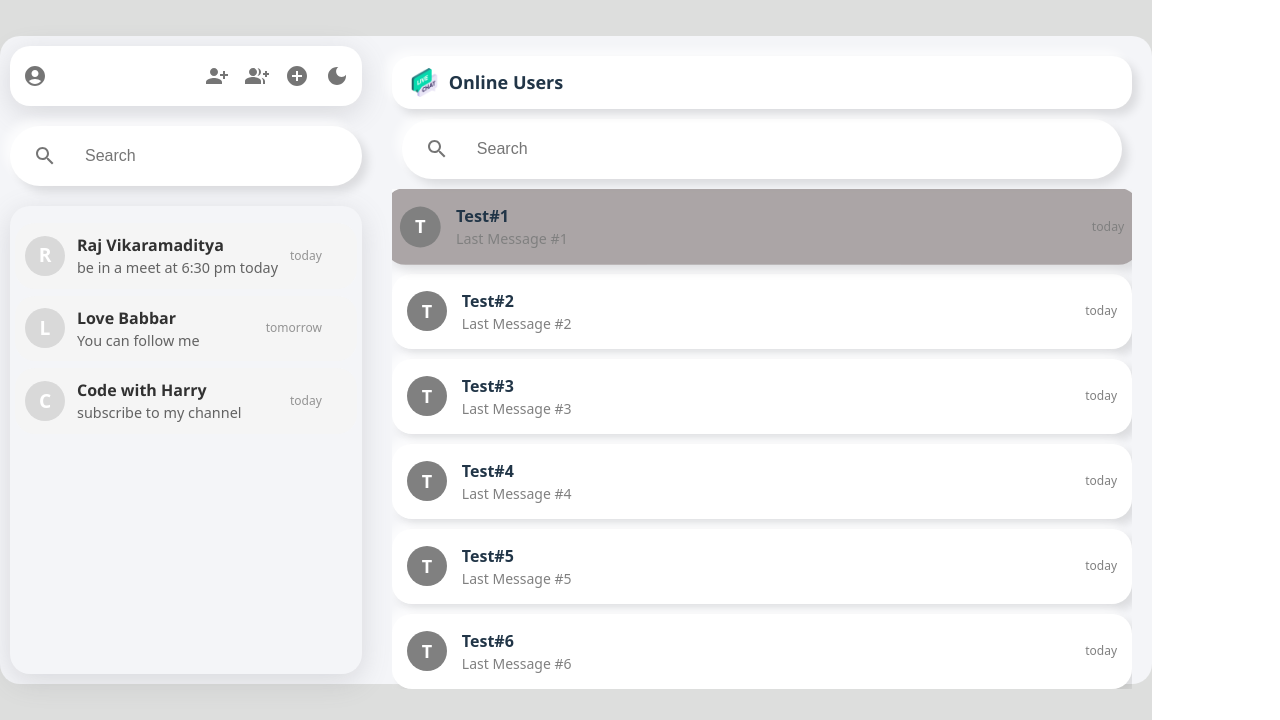
Repository: rahul-chakradhari/chat_app
Page: /app/groups
An editor plug-in stored every save of this project. The page is shown before and after the next save, followed by the edit.
The browser window is 1280 px wide. The pictures show the whole page.
The pointer rests on the first visible `.listitem`.
An inner scrolling area shows only its first screen. The project was rebuilt for these pictures with package versions that can differ from the ones it lists, and the page was loaded fresh each time. Also part of the build but not shown: vite.config.js, src/components/Login.jsx, src/components/Messagebyme.jsx, src/components/Messagebyothers.jsx, src/components/Chatarea.jsx, src/components/Welcome.jsx, src/components/Creategroups.jsx.

Above is the page before, as saved 2025-03-01 13:27:32.

### index.html
<!DOCTYPE html>
<html lang="en">
  <head>
    <meta charset="UTF-8" />
    <link rel="icon" href="./live-chat.png" />

    <meta name="viewport" content="width=device-width, initial-scale=1.0" />
    <title>Vite + React</title>
  </head>
  <body>
    <div id="root"></div>
    <script type="module" src="/src/main.jsx"></script>
  </body>
</html>

### src/App.jsx
import "./App.css";
import Login from "./components/Login";
import Maincontainer from "./components/Maincontainer";

function App() {
  return (
    <div className="App">
      {/* <Login />*/}
      {<Maincontainer />}
    </div>
  );
}

export default App;

### src/App.css
* {
  margin: 0;
}
.App {
  background-color: #dddedd;
  min-height: 100vh;
  display: flex;
  justify-content: center;
  align-items: center;
}

### src/components/Maincontainer.jsx
import "./Mystyles.css";
import Sidebar from "./Sidebar";
import Chatarea from "./Chatarea";
import Welcome from "./Welcome";
import Creategroups from "./Creategroups";
import Users from "./Users";

const Maincontainer = () => {
  return (
    <div className="main">
      <Sidebar />
      {/*<Creategroups />*/}
      {/*<Welcome />*/}
      {/*<Chatarea />*/}
      <Users />
    </div>
  );
};

export default Maincontainer;

### src/components/Mystyles.css
.main {
  background-color: #f4f5f8;
  height: 90vh;
  width: 90vw;
  display: flex;
  border-radius: 20px;
}
.side {
  flex: 0.3;
  display: flex;
  flex-direction: column;
}
.chat {
  background-color: aliceblue;
  flex: 0.7;
}
.headers {
  background-color: white;
  border-radius: 20px;
  padding: 10px 5px;
  margin: 10px;
  display: flex;
  justify-content: space-between;
  box-shadow: rgba(100, 100, 111, 0.2) 0px 7px 29px 0px;
}
.search {
  background-color: white;
  border-radius: 20px;
  padding: 10px 10px;
  margin: 10px;
  display: flex;
  align-items: center;
  box-shadow: rgba(100, 100, 111, 0.2) 0px 7px 29px 0px;
}
.box {
  outline-width: 0;
  border: none;
  font-size: 1.25rem;
  margin-left: 10px;
}
.conver {
  background-color: white;
  border-radius: 20px;
  padding: 10px 5px;
  margin: 10px;
  flex: 1;
}
.conversation {
  border-radius: 20px;
  margin: 10px 5px;
  flex: 1;
  margin-right: 10px;
  margin-left: 10px;
  padding: 10px 5px;
  box-shadow: rgba(100, 100, 111, 0.2) 0px 7px 29px 0px;
}
.conversationitem,
.listtem {
  display: flex;
  align-items: center; /* Items ko vertical center align karega */
  gap: 12px; /* Icon aur text ke beech gap */
  padding: 10px;
  margin: 3px;
  border-radius: 20px;
  margin-left: 0px;
  margin-right: auto;
  margin-top: 7px;
  background-color: #f5f5f5; /* Light background */
  width: 100%;
  width: calc(100% - 20px);
  overflow: hidden; /* Extra content hide */
  white-space: nowrap; /* Ek hi line me rahe */
  text-overflow: ellipsis; /* Overflow hone par "..." dikhe */
}
.conversationitem::-webkit-scrollbar {
  display: none;
}

.icon {
  display: flex;
  justify-content: center;
  align-items: center;
  background-color: #d9d9d9;
  font-size: 1.2rem;
  font-weight: bold;
  color: white;
  height: 40px;
  width: 40px;
  border-radius: 50%;
  flex-shrink: 0; /* Icon ka size maintain rahega */
}

.conversation-text {
  display: flex;
  flex-direction: column;
  flex-grow: 1; /* Ye ensure karega ki text area full width le */
}

.title {
  font-weight: bold;
  font-size: 1rem;
  color: rgba(0, 0, 0, 0.8);
  font-family: "Segoe UI", Tahoma, Geneva, Verdana, sans-serif;
}

.message {
  font-size: 0.9rem;
  color: rgba(0, 0, 0, 0.6);
}

.time {
  margin-right: 25px;
  font-size: 0.75rem;
  color: rgba(0, 0, 0, 0.4);
  flex-shrink: 0; /* Time ka size fix rahe */
}
.chat {
  display: flex;
  flex-direction: column;
  flex: 0.7;
}
.chattingwith {
  background-color: green;
}
.mess {
  background-color: aquamarine;
  flex-grow: 1;
  box-shadow: rgba(100, 100, 111, 0.2) 0px 7px 29px 0px;
}
.inputbox {
  background-color: green;
  box-shadow: rgba(100, 100, 111, 0.2) 0px 7px 29px 0px;
}
.trash {
  color: black;
}
.chat {
  display: flex;
  flex-direction: column;
  flex: 0.7;
  overflow: visible;
  background: #f8f9fa; /* Light grey */
}

.chat-header {
  position: relative;
  display: flex;
  justify-content: space-between;
  align-items: center;
  padding: 10px;
  margin-top: 4px;
  border-radius: 20px;
  background: white;
  border-bottom: 1px solid #ddd;
  box-shadow: rgba(50, 50, 93, 0.25) 0px 6px 12px -2px,
    rgba(0, 0, 0, 0.3) 0px 3px 7px -3px;
}
.avatar {
  border-color: #d9d9d9;
  color: white;
}
.chat-info {
  display: flex;
  align-items: center;
}

.chat-info .avatar {
  width: 40px;
  height: 40px;
  border-radius: 50%;
  background: #bbb;
  display: flex;
  justify-content: center;
  align-items: center;
  font-weight: bold;
  margin-right: 10px;
}

.trash {
  color: black;
}

.mess {
  flex-grow: 1;
  padding: 20px;
  background: #f5f5f5;
  border-radius: 20px;
}

.inputbox {
  padding: 10px;
  border-top: 1px solid #ddd;
  background: white;
  border-radius: 20px;
  margin-bottom: 6px;
}

.inputbox input {
  width: 100%;
  padding: 8px;
  border: none;
  outline: none;
}
.name-time {
  display: flex;
  flex-direction: column;
  align-items: flex-start; /* Left-align text properly */
}

.niche {
  font-size: 12px;
  color: gray;
  margin: 2px 0 0 3px;
  margin-top: 2px;
  margin-right: 12px;
  /* 👈 Adjust left margin properly */
  padding-right: 42px; /* 🔹 Slight padding for spacing */
}
.inputbox {
  display: flex;
  justify-content: center;
}
.othertextcontent,
.con-icon {
  width: 200px; /* Box ka width */
  height: auto; /* Height content ke according adjust hogi */
  font-size: 16px; /* Text size change karne ke liye */
  padding: 10px; /* Text aur border ke beech space ke liye */
  background-color: aquamarine; /* Light gray background */
  border-radius: 10px; /* Rounded corners */
  margin-left: 750px;
}
.othertextcontent {
  border-color: #f5f5f5;
}
.selfmessagecontainer {
  width: 200px; /* Box ka width */
  height: auto; /* Height content ke according adjust hogi */
  font-size: 16px; /* Text size change karne ke liye */
  padding: 10px; /* Text aur border ke beech space ke liye */
  background-color: lightsalmon; /* Light gray background */
  border-radius: 10px; /* Rounded corners */
}
.mess {
  height: 500px;
  overflow-y: auto;
  display: flex;
  flex-direction: column;
}
.mess::-webkit-scrollbar {
  display: none;
}

.welcome {
  min-height: 89vh;
  flex: 0.7;
  display: flex;
  flex-direction: column;
  justify-content: center;
  align-items: center;
  gap: 25px;
  font-family: "Segoe UI", Tahoma, Geneva, Verdana, sans-serif;
  color: rgba(0, 0, 0, 0.87);
  border-bottom: 2px solid #63d7b0;
  background-color: #ffffff;
  border-radius: 20px;
}

.logo {
  height: 15vw;
  margin-bottom: 10px;
}
.group {
  flex: 0.7;
  align-self: center;
  padding: 20px 10px;
  margin: 10px;
  background-color: white;
  border-radius: 20px;
  display: flex;
  justify-content: space-between;
}
.inputgroup {
  font-size: 18px;
  outline-width: 0;
  border: none;
}
.login {
  height: 90vh;
  width: 90vw;
  background-color: #f4f5f8;
  border-radius: 20px;
  display: flex;
}
.loginimage {
  flex: 0.3;
}
.loginbox {
  flex: 0.7;
  font-family: "Segoe UI", Tahoma, Geneva, Verdana, sans-serif;

  background-color: white;
  border-radius: 20px;
  margin: 10px;
  color: #63d7b0;
  font-weight: bolder;
  display: flex;
  justify-content: center;
  align-items: center;
  flex-direction: column;
  gap: 20px;
}
.loginlogo {
  height: 15vw;
  margin-top: 201px;
  margin-left: 75px;
}
.logintitle {
  font-size: 30px;
} /* Main List Container */
.list {
  padding: 20px;
  width: 100%;
}

/* Online Users Box */
.headerlist {
  display: flex;
  justify-content: center;
  margin-bottom: 10px;
}

.header-box {
  width: 100%; /* Adjust as needed */
  max-width: 1100px;
  background-color: white;
  border-radius: 20px;
  padding: 12px 18px;
  display: flex;
  align-items: center;
  gap: 10px;
  box-shadow: 6px 6px 10px rgba(0, 0, 0, 0.1),
    -6px -6px 10px rgba(255, 255, 255, 0.7);
}

.logo-img {
  width: 1.8rem;
  height: 1.8rem;
}

/* Search Box */
.search {
  background-color: white;
  border-radius: 30px;
  padding: 10px 15px;
  margin: 10px;
  display: flex;
  align-items: center;
  box-shadow: 6px 6px 10px rgba(0, 0, 0, 0.1),
    -6px -6px 10px rgba(255, 255, 255, 0.7);
}

.search .box {
  border: none;
  outline: none;
  font-size: 16px;
  flex: 1;
  padding-left: 10px;
}

/* User List */
.uglist {
  display: flex;
  flex-direction: column;
  gap: 10px;
  height: 500px; /* Fixed height for scroll */
  overflow-y: auto; /* Enable vertical scrolling */
}

.uglist::-webkit-scrollbar {
  display: none;
}
/* Individual User Item */
.listitem {
  display: flex;
  align-items: center;
  background-color: white;
  padding: 15px;
  border-radius: 20px;
  box-shadow: 6px 6px 10px rgba(0, 0, 0, 0.1),
    -6px -6px 10px rgba(255, 255, 255, 0.7);
  transition: transform 0.2s;
}

.listitem:hover {
  transform: scale(1.02);
  background-color: #968f8fc7;
}

.user-icon {
  background-color: gray;
  color: white;
  width: 40px;
  height: 40px;
  border-radius: 50%;
  display: flex;
  justify-content: center;
  align-items: center;
  font-size: 18px;
  font-weight: bold;
  margin-right: 15px;
}

.user-info {
  flex-grow: 1;
}

.username {
  font-weight: bold;
  font-size: 16px;
}

.last-message {
  font-size: 14px;
  color: gray;
}

.timestamp {
  font-size: 12px;
  color: gray;
}
.ugtitle {
  font-size: large;
  font-weight: 600;
  font-family: "Segoe UI", Tahoma, Geneva, Verdana, sans-serif;
}

### src/components/Sidebar.jsx
import { useState } from "react";
import AccountCircleIcon from "@mui/icons-material/AccountCircle";
import PersonAddAlt1Icon from "@mui/icons-material/PersonAddAlt1";
import GroupAddIcon from "@mui/icons-material/GroupAdd";
import AddCircleIcon from "@mui/icons-material/AddCircle";
import DarkModeIcon from "@mui/icons-material/DarkMode";
import SearchIcon from "@mui/icons-material/Search";
import Conversationitem from "./Conversationitem";
import "./Mystyles.css";
import { IconButton } from "@mui/material";

const Sidebar = () => {
  const [conversations, setConversations] = useState([
    {
      id: 1,
      name: "Raj Vikaramaditya",
      lastMessage: "be in a meet at 6:30 pm today",
      timeStamp: "today",
    },
    {
      id: 2,
      name: "Love Babbar",
      lastMessage: "You can follow me ",
      timeStamp: "tomorrow",
    },
    {
      id: 3,
      name: "Code with Harry",
      lastMessage: "subscribe to my channel",
      timeStamp: "today",
    },
  ]);

  return (
    <div className="side">
      <div className="headers">
        <div>
          <IconButton>
            <AccountCircleIcon />
          </IconButton>
        </div>
        <div>
          <IconButton>
            <PersonAddAlt1Icon />
          </IconButton>
          <IconButton>
            <GroupAddIcon />
          </IconButton>
          <IconButton>
            <AddCircleIcon />
          </IconButton>
          <IconButton>
            <DarkModeIcon />
          </IconButton>
        </div>
      </div>

      <div className="search">
        <IconButton>
          <SearchIcon />
        </IconButton>
        <input placeholder="Search" className="box" />
      </div>

      <div className="conversation">
        {conversations.map((conversation) => (
          <Conversationitem key={conversation.id} {...conversation} />
        ))}
      </div>
    </div>
  );
};

export default Sidebar;

### src/components/Users.jsx
import "./myStyles.css";
import { useState } from "react";
import SearchIcon from "@mui/icons-material/Search";
import { IconButton } from "@mui/material";
import logo from "./images/live-chat.png";

const Users = () => {
  const [conversations, setConversations] = useState([
    {
      id: 1,
      name: "Test#1",
      lastMessage: "Last Message #1",
      timeStamp: "today",
    },
    {
      id: 2,
      name: "Test#2",
      lastMessage: "Last Message #2",
      timeStamp: "today",
    },
    {
      id: 3,
      name: "Test#3",
      lastMessage: "Last Message #3",
      timeStamp: "today",
    },
    {
      id: 4,
      name: "Test#4",
      lastMessage: "Last Message #4",
      timeStamp: "today",
    },
    {
      id: 3,
      name: "Test#5",
      lastMessage: "Last Message #5",
      timeStamp: "today",
    },
    {
      id: 3,
      name: "Test#6",
      lastMessage: "Last Message #6",
      timeStamp: "today",
    },
    {
      id: 3,
      name: "Test#7",
      lastMessage: "Last Message #7",
      timeStamp: "today",
    },
    {
      id: 3,
      name: "Test#8",
      lastMessage: "Last Message #8",
      timeStamp: "today",
    },
    {
      id: 3,
      name: "Test#9",
      lastMessage: "Last Message #9",
      timeStamp: "today",
    },
    {
      id: 3,
      name: "Test#10",
      lastMessage: "Last Message #10",
      timeStamp: "today",
    },
  ]);

  return (
    <div className="list">
      {/* Online Users Box */}
      <div className="headerlist">
        <div className="header-box">
          <img src={logo} alt="logo" className="logo-img" />
          <p className="ugtitle">Online Users</p>
        </div>
      </div>

      {/* Search Box */}
      <div className="search">
        <IconButton>
          <SearchIcon />
        </IconButton>
        <input placeholder="Search" className="box" />
      </div>

      {/* User List */}
      <div className="uglist">
        {conversations.map((user) => (
          <div key={user.id} className="listitem">
            <div className="user-icon">{user.name.charAt(0)}</div>
            <div className="user-info">
              <p className="username">{user.name}</p>
              <p className="last-message">{user.lastMessage}</p>
            </div>
            <p className="timestamp">{user.timeStamp}</p>
          </div>
        ))}
      </div>
    </div>
  );
};

export default Users;

### src/components/Conversationitem.jsx
const Conversationitem = (props) => {
  return (
    <div className="conversationitem">
      <p className="icon">{props.name[0]}</p>
      <div className="conversation-text">
        <p className="title">{props.name}</p>
        <p className="message">{props.lastMessage}</p>
      </div>
      <p className="time">{props.timeStamp}</p>
    </div>
  );
};

export default Conversationitem;

Loaded but not shown: src/main.jsx (common file); src/index.css (common file)

After the next save:
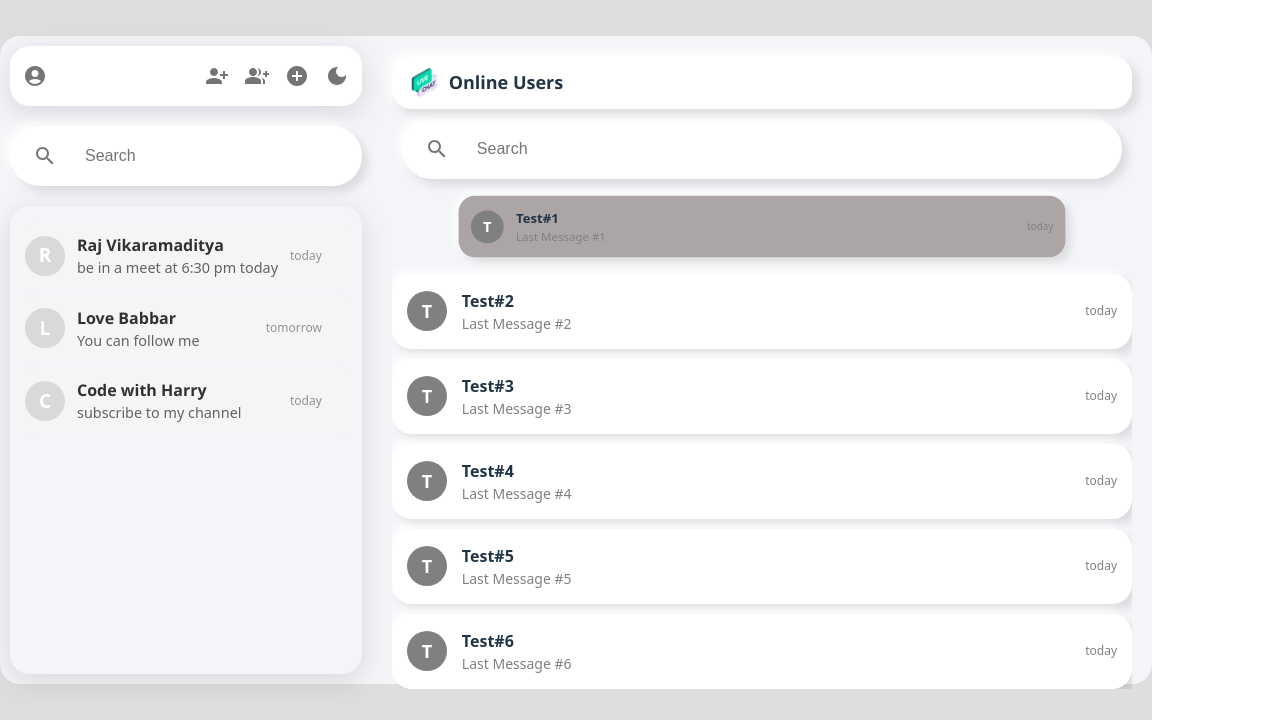
Saved 31 s later.
--- a/src/components/Mystyles.css
+++ b/src/components/Mystyles.css
@@ -393,7 +393,7 @@
 }
 
 .listitem:hover {
-  transform: scale(1.02);
+  transform: scale(0.82);
   background-color: #968f8fc7;
 }
 
